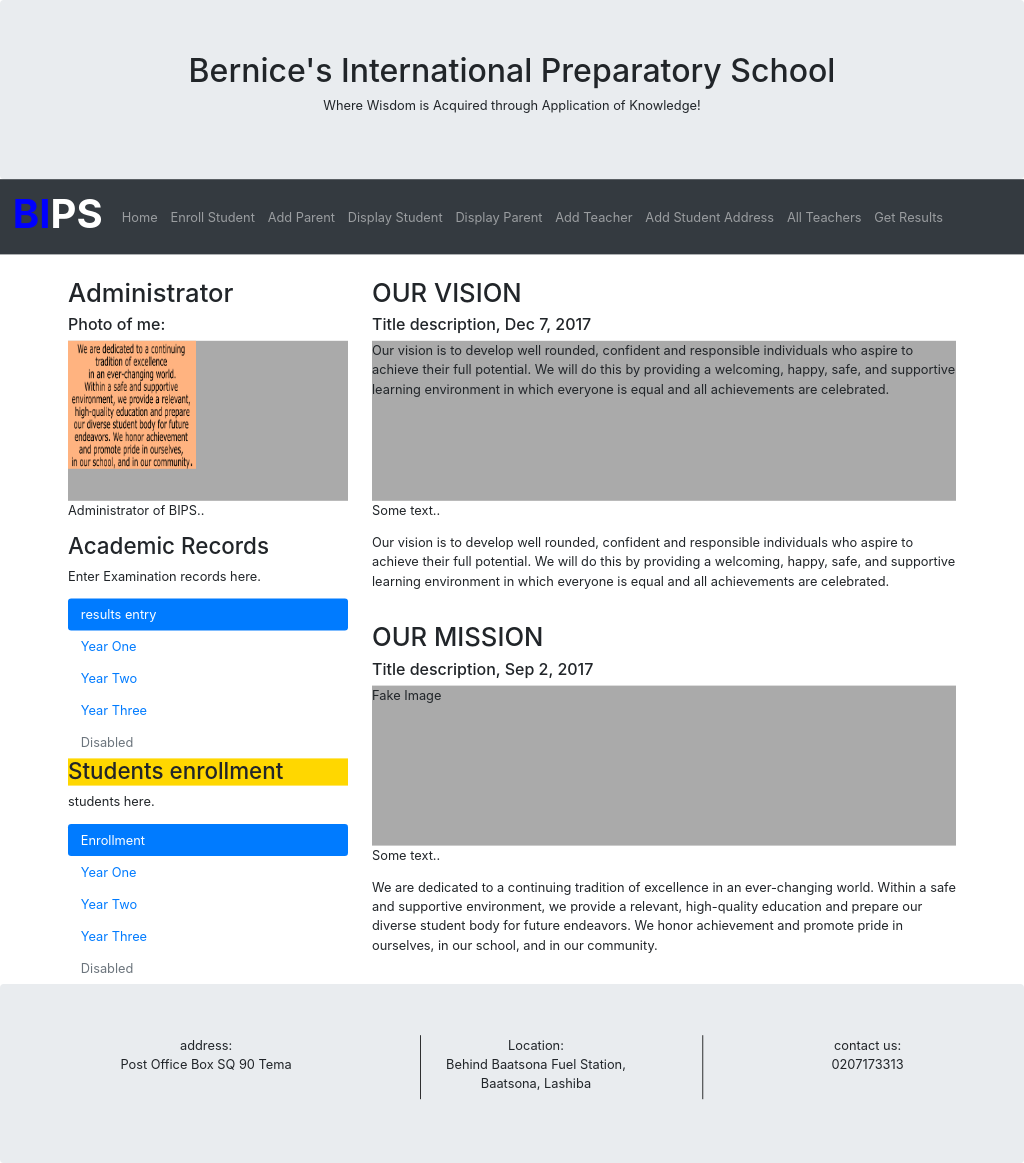
Repository: joseackah/eclipse-workspace
Page: http://localhost/com.school.mgt.system.Front.End/WEB-INF/views/adminPageExample.jsp
The author's editor kept a copy of each file at every save. The page is drawn from the files as they stood at one save, then again after the next save.
The browser window is 1280 px wide. The pictures show the whole page, at 80% of full size.
The page is served by Tomcat 9. Nobody is signed in. Other server files are loaded and not shown. The template is opened directly, without the code that normally fills it, so the values that code supplies are empty.

Above is the page before, as saved 2021-08-12 21:14:36.

### com.school.mgt.system.Front.End/src/main/webapp/WEB-INF/views/adminPageExample.jsp
<%@ page language="java" contentType="text/html; charset=ISO-8859-1"
    pageEncoding="ISO-8859-1"%>
<!DOCTYPE html>
<html>
<head>
<meta charset="ISO-8859-1">
<title>Home Page</title>
<meta charset="utf-8">
  <meta name="viewport" content="width=device-width, initial-scale=1">
  <link rel="stylesheet" href="https://maxcdn.bootstrapcdn.com/bootstrap/4.5.2/css/bootstrap.min.css">
  <script src="https://ajax.googleapis.com/ajax/libs/jquery/3.5.1/jquery.min.js"></script>
  <script src="https://cdnjs.cloudflare.com/ajax/libs/popper.js/1.16.0/umd/popper.min.js"></script>
  <script src="https://maxcdn.bootstrapcdn.com/bootstrap/4.5.2/js/bootstrap.min.js"></script>
  <style>
  .fakeimg {
    height: 200px;
    background: #aaa;
  }
  </style>
</head>
<body>
<div class="jumbotron text-center" style="margin-bottom:0">
  <h1>Bernice's International Preparatory School</h1>
  <p>Where Wisdom is Acquired through Application of Knowledge!</p>
</div>

<nav class="navbar navbar-expand-sm bg-dark navbar-dark">
  <a class="navbar-brand" href="#"><h1 style="font-size: 50px; font-weight: bold;"><span style="color:blue; font-size:;">BI</span>PS </h1></a>
  <button class="navbar-toggler" type="button" data-toggle="collapse" data-target="#collapsibleNavbar">
    <span class="navbar-toggler-icon"></span>
  </button>
  <div class="collapse navbar-collapse" id="collapsibleNavbar">
    <ul class="navbar-nav">
      <li class="nav-item">
        <a class="nav-link" href="${pageContext.request.contextPath}/general/homePage">Home</a>
      </li>
      <li class="nav-item">
        <a class="nav-link" href="${pageContext.request.contextPath}/schoolStudents/moreStudentsForm">Enroll Student</a>
      </li>
      <li class="nav-item">
        <a class="nav-link" href="${pageContext.request.contextPath}/schoolParents/showParentForm">Add Parent</a>
      </li>
      <li class="nav-item">
        <a class="nav-link" href="${pageContext.request.contextPath}/schoolStudents/displayStudents">Display Student</a>
      </li>
      <li class="nav-item">
        <a class="nav-link" href="${pageContext.request.contextPath}/schoolParents/displayParents">Display Parent</a>
      </li>
      <li class="nav-item">
        <a class="nav-link" href="${pageContext.request.contextPath}/schoolStudents/showStudentsForm">Add Teacher</a>
      </li>
      <li class="nav-item">
        <a class="nav-link" href="${pageContext.request.contextPath}/studentAddress/displayStudentAddress">Add Student Address</a>
      </li>
      <li class="nav-item">
        <a class="nav-link" href="${pageContext.request.contextPath}/schoolTeachers/displayTeachers">All Teachers</a>
      </li>
      <li class="nav-item">
        <a class="nav-link" href="${pageContext.request.contextPath}/general/lowerResults">Get Results</a>
      </li>
    </ul>
  </div>
</nav>

<div class="container" style="margin-top:30px">
  <div class="row">
    <div class="col-sm-4">
      <h2>Administrator</h2>
      <h5>Photo of me:</h5>
      <div class="fakeimg"> <img alt="our mision" src="${pageContext.request.contextPath}/resources/png/mission.png" style="width:10em; height:10em;"/>  </div>
      <p>Administrator of BIPS..</p>

    <!--   academic record start here -->

      <h3>Academic Records</h3>
      <p>Enter Examination records here.</p>
      <ul class="nav nav-pills flex-column">
        <li class="nav-item">
          <a class="nav-link active" href="#">results entry</a>
        </li>
        <li class="nav-item">
          <a class="nav-link" href="#">Year One</a>
        </li>
        <li class="nav-item">
          <a class="nav-link" href="#">Year Two</a>
        </li>
        <li class="nav-item">
          <a class="nav-link" href="#">Year Three</a>
        </li>
        <li class="nav-item">
          <a class="nav-link disabled" href="#">Disabled</a>
        </li>
      </ul>
      <hr class="d-sm-none">

      <!-- academic record ends here -->

      <!-- student starts here -->
       <h3 style="background-color:gold;">Students enrollment</h3>
      <p>students here.</p>
      <ul class="nav nav-pills flex-column">
        <li class="nav-item">
          <a class="nav-link active">Enrollment</a>
        </li>
        <li class="nav-item">
          <a class="nav-link" href="#">Year One</a>
        </li>
        <li class="nav-item">
          <a class="nav-link" href="#">Year Two</a>
        </li>
        <li class="nav-item">
          <a class="nav-link" href="#">Year Three</a>
        </li>
        <li class="nav-item">
          <a class="nav-link disabled" href="#">Disabled</a>
        </li>
      </ul>
      <hr class="d-sm-none">
    <!--   students ends here -->
    </div>
    <div class="col-sm-8">
      <h2>OUR VISION</h2>
      <h5>Title description, Dec 7, 2017</h5>
      <div class="fakeimg">Our vision is to develop well rounded, confident and responsible individuals who aspire to achieve their full potential. We will do this by providing a welcoming, happy, safe, and supportive learning environment in which everyone is equal and all achievements are celebrated. </div>
      <p>Some text..</p>
      <p>Our vision is to develop well rounded, confident and responsible individuals who aspire to achieve their full potential. We will do this by providing a welcoming, happy, safe, and supportive learning environment in which everyone is equal and all achievements are celebrated. </p>
      <br>
      <h2>OUR MISSION</h2>
      <h5>Title description, Sep 2, 2017</h5>
      <div class="fakeimg">Fake Image</div>
      <p>Some text..</p>
      <p>We are dedicated to a continuing tradition of excellence in an ever-changing world. Within a safe and supportive environment, we provide a relevant, high-quality education and prepare our diverse student body for future endeavors. We honor achievement and promote pride in ourselves, in our school, and in our community.</p>
    </div>
  </div>
</div>

<div class="jumbotron text-center" style="margin-bottom:0; align-context: space-between;">
<div style="justify-content: center;">
<div style="display: flex; float: center; justify-content: center;">
<p style="margin-right: 10em">address: <br /> Post Office Box SQ 90 Tema</p> <p style="border-left: 1px solid black; height: 80px; position:fix; left: 35%; padding-right: 2em;"> </p>
<p style="display: flex; float: right;"> Location: <br /> Behind Baatsona Fuel Station, <br> Baatsona, Lashiba </p> <P style="border-left: 1px solid black; height: 80px; position:fix; right: 50%; margin-left: 6em;"> </P>
<p style="margin-left: 10em">contact us:<br/> 0207173313</p>
</div>


</div>
</div>

</body>
</html>

After the next save:
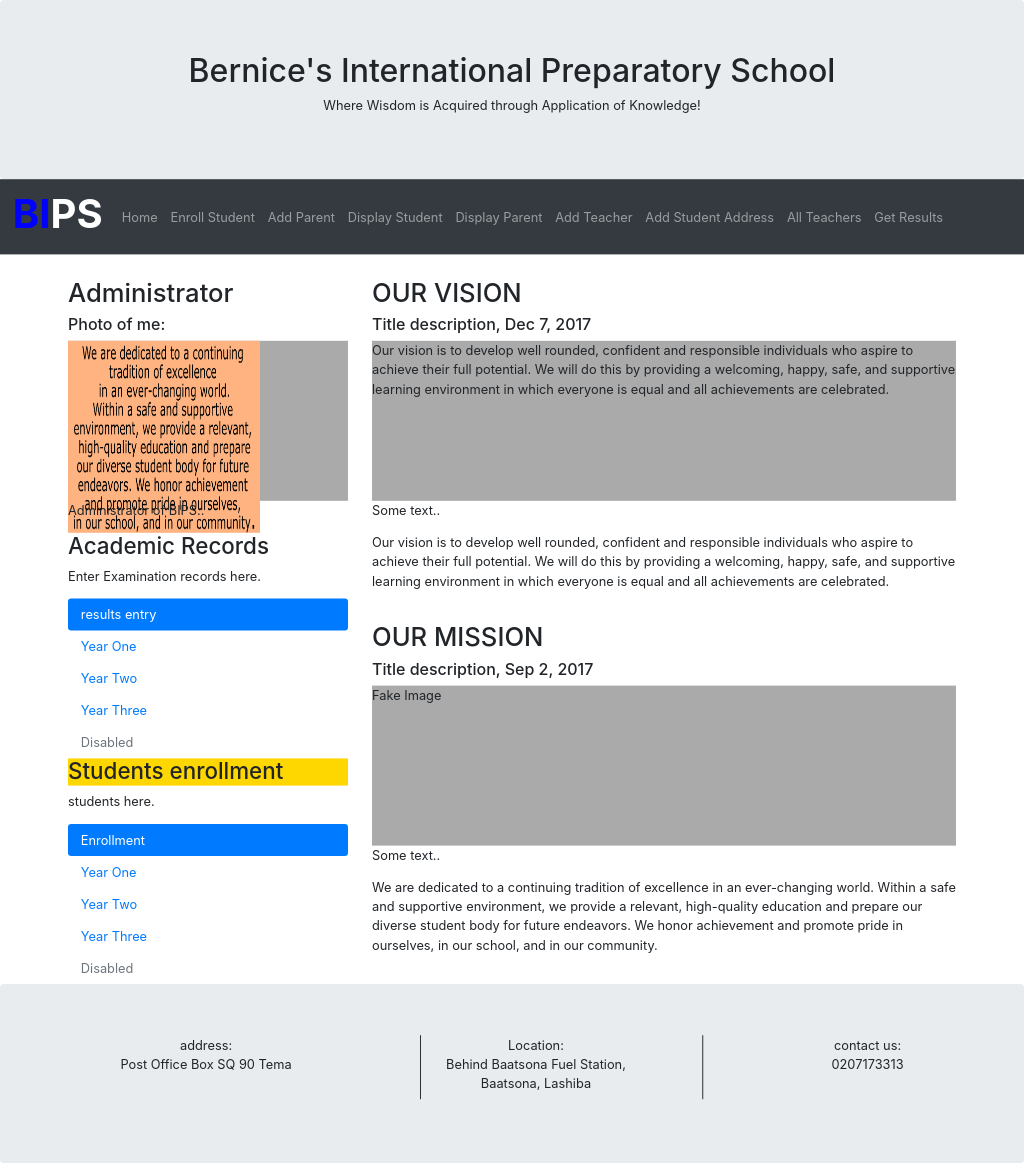
Saved 40 s later.
--- a/com.school.mgt.system.Front.End/src/main/webapp/WEB-INF/views/adminPageExample.jsp
+++ b/com.school.mgt.system.Front.End/src/main/webapp/WEB-INF/views/adminPageExample.jsp
@@ -67,7 +67,7 @@
     <div class="col-sm-4">
       <h2>Administrator</h2>
       <h5>Photo of me:</h5>
-      <div class="fakeimg"> <img alt="our mision" src="${pageContext.request.contextPath}/resources/png/mission.png" style="width:10em; height:10em;"/>  </div>
+      <div class="fakeimg"> <img alt="our mision" src="${pageContext.request.contextPath}/resources/png/mission.png" style="width:15em; height:15em;"/>  </div>
       <p>Administrator of BIPS..</p>
 
     <!--   academic record start here -->
